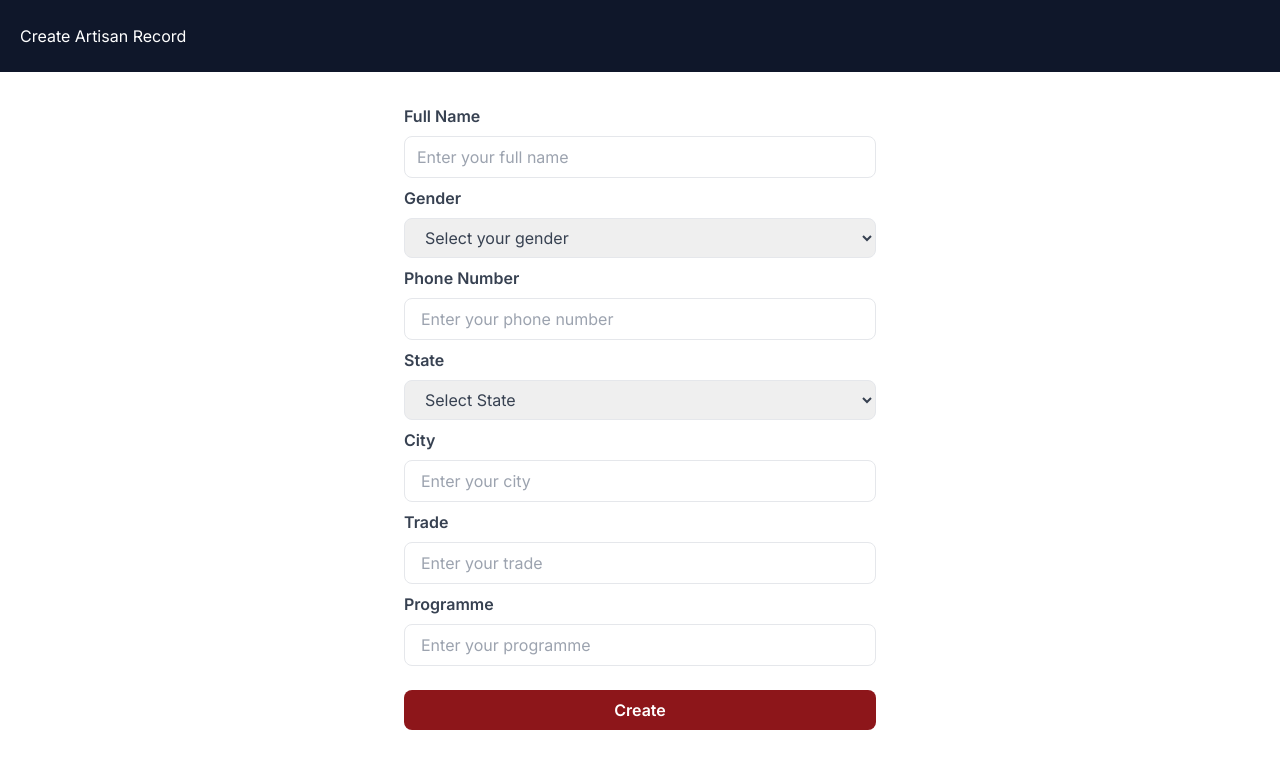
Repository: marcusdashe/artisanindex_frontend
Page: /components/CreateArtisan
These files come from the project's save history. The page is drawn as it stood at one moment and after the next save; the edit follows.
The browser window is 1280 px wide. The pictures show the whole page.
The project was rebuilt for these pictures with package versions that can differ from the ones it lists, and the page was loaded fresh each time. The framework's server and built-in components were replaced by stand-ins that run in the browser. Also part of the build but not shown: next.config.js.

Above is the page before, as saved 2023-03-10 23:09:49.

### pages/_app.js
import "@/styles/globals.css";
import "core-js/stable";
import "regenerator-runtime/runtime";

export default function App({ Component, pageProps }) {
  return <Component {...pageProps} />;
}

### pages/_document.js
import { Html, Head, Main, NextScript } from "next/document";

export default function Document() {
  return (
    <Html lang="en">
      <Head>
        <link rel="preconnect" href="https://fonts.googleapis.com" />
        <link
          rel="preconnect"
          href="https://fonts.gstatic.com"
          crossOrigin="true"
        />
        <link
          href="https://fonts.googleapis.com/css2?family=Inter:wght@100;200;300;400;500;600&display=swap"
          rel="stylesheet"
        />
      </Head>
      <body>
        <Main />
        <NextScript />
      </body>
    </Html>
  );
}

### pages/components/CreateArtisan.js
import React, { useState } from "react";
import axios from "axios";

function ViewArtisanDataScreen() {
  const [feedback, setFeedack] = useState("");
  const [formData, setFormData] = useState({
    city: "",
    fullName: "",
    gender: "",
    phoneNumber: "",
    state: "",
    trade: "",
    programme: "",
  });

  const handleInputChange = (event) => {
    const { name, value } = event.target;
    setFormData({ ...formData, [name]: value });
  };

  const handleSubmit = (event) => {
    event.preventDefault();
    axios
      .post(
        `${process.env.NEXT_PUBLIC_BACKEND_BASE_URL}api/artisan/create`,
        formData
      )
      .then((response) => {
        console.log(response.data);
        setFeedack(response.data.message);
      })
      .catch((error) => {
        console.log(error);
      });
  };

  return (
    <div className="w-full h-[100vh]">
      <div className="w-full h-[10vh] bg-slate-900 flex items-center content-center justify-start text-white p-5">
        Create Artisan Record
      </div>
      <div className="flex-1 bg-white flex items-center justify-center">
        <div className="max-w-lg w-full px-5 py-8">
          <form onSubmit={handleSubmit} className="grid grid-cols-1 gap-2">
            <label htmlFor="fullName" className="text-gray-700 font-bold">
              Full Name
            </label>
            <input
              type="text"
              id="fullName"
              name="fullName"
              value={formData.fullName}
              onChange={handleInputChange}
              placeholder="Enter your full name"
              className="px-3 py-2 border rounded-lg text-gray-700 focus:outline-none focus:border-[#4a3e3e] focus:shadow-outline-blue"
              required
            />

            <label htmlFor="gender" className="text-gray-700 font-bold">
              Gender
            </label>
            <select
              id="gender"
              name="gender"
              value={formData.gender}
              onChange={handleInputChange}
              className="px-4 py-2 border rounded-lg text-gray-700 focus:outline-none focus:border-[#4a3e3e] focus:shadow-outline-blue"
              required
            >
              <option value="">Select your gender</option>
              <option value="Male">Male</option>
              <option value="Female">Female</option>
            </select>

            <label htmlFor="phoneNumber" className="text-gray-700 font-bold">
              Phone Number
            </label>
            <input
              type="tel"
              id="phoneNumber"
              name="phoneNumber"
              value={formData.phoneNumber}
              onChange={handleInputChange}
              placeholder="Enter your phone number"
              className="px-4 py-2 border rounded-lg text-gray-700 focus:outline-none focus:border-[#4a3e3e] focus:shadow-outline-blue"
              required
            />

            <label htmlFor="gender" className="text-gray-700 font-bold">
              State
            </label>
            <select
              id="state"
              name="state"
              value={formData.state}
              onChange={handleInputChange}
              className="px-4 py-2 border rounded-lg text-gray-700 focus:outline-none focus:border-[#4a3e3e] focus:shadow-outline-blue"
              required
            >
              <option value="">Select State</option>
              <option value="Abia">Abia</option>
              <option value="Adamawa">Adamawa</option>
              <option value="Akwa Ibom">Akwa Ibom</option>
              <option value="Anambra">Anambra</option>
              <option value="Bauchi">Bauchi</option>
              <option value="Bayelsa">Bayelsa</option>
              <option value="Benue">Benue</option>
              <option value="Borno">Borno</option>
              <option value="Cross River">Cross River</option>
              <option value="Delta">Delta</option>
              <option value="Ebonyi">Ebonyi</option>
              <option value="Edo">Edo</option>
              <option value="Ekiti">Ekiti</option>
              <option value="Enugu">Enugu</option>
              <option value="FCT">Federal Capital Territory</option>
              <option value="Gombe">Gombe</option>
              <option value="Imo">Imo</option>
              <option value="Jigawa">Jigawa</option>
              <option value="Kaduna">Kaduna</option>
              <option value="Kano">Kano</option>
              <option value="Katsina">Katsina</option>
              <option value="Kebbi">Kebbi</option>
              <option value="Kogi">Kogi</option>
              <option value="Kwara">Kwara</option>
              <option value="Lagos">Lagos</option>
              <option value="Nasarawa">Nasarawa</option>
              <option value="Niger">Niger</option>
              <option value="Ogun">Ogun</option>
              <option value="Ondo">Ondo</option>
              <option value="Osun">Osun</option>
              <option value="Oyo">Oyo</option>
              <option value="Plateau">Plateau</option>
              <option value="Rivers">Rivers</option>
              <option value="Sokoto">Sokoto</option>
              <option value="Taraba">Taraba</option>
              <option value="Yobe">Yobe</option>
              <option value="Zamfara">Zamfara</option>
            </select>

            <label htmlFor="city" className="text-gray-700 font-bold">
              City
            </label>
            <input
              type="text"
              id="city"
              name="city"
              value={formData.city}
              onChange={handleInputChange}
              placeholder="Enter your city"
              className="px-4 py-2 border rounded-lg text-gray-700 focus:outline-none focus:border-[#4a3e3e] focus:shadow-outline-blue"
              required
            />

            <label htmlFor="trade" className="text-gray-700 font-bold">
              Trade
            </label>
            <input
              type="text"
              id="trade"
              name="trade"
              value={formData.trade}
              onChange={handleInputChange}
              placeholder="Enter your trade"
              className="px-4 py-2 border rounded-lg text-gray-700 focus:outline-none focus:border-[#4a3e3e] focus:shadow-outline-blue"
              required
            />
            <label htmlFor="programme" className="text-gray-700 font-bold">
              Programme
            </label>
            <input
              type="text"
              id="programme"
              name="programme"
              value={formData.programme}
              onChange={handleInputChange}
              placeholder="Enter your programme"
              className="px-4 py-2 border rounded-lg text-gray-700 focus:outline-none focus:border-[#4a3e3e] focus:shadow-outline-blue"
              required
            />

            <button
              type="submit"
              className="h-[40px] mt-4 bg-[#8D161A] text-white font-semibold rounded-lg hover:bg-[#4a3e3e] duration-500"
            >
              Create
            </button>
          </form>
        </div>
      </div>
      <p>{feedback}</p>
    </div>
  );
}

export default ViewArtisanDataScreen;

### styles/globals.css
@tailwind base;
@tailwind components;
@tailwind utilities;

@layer base {
  html {
    font-family: "Inter", sans-serif;
  }
}

### tailwind.config.js
/** @type {import('tailwindcss').Config} */

module.exports = {
  content: [
    "./pages/**/*.{js,ts,jsx,tsx}",
    "./components/**/*.{js,ts,jsx,tsx}",
  ],
  theme: {
    extend: {},
  },
  plugins: [],
};

After the next save:
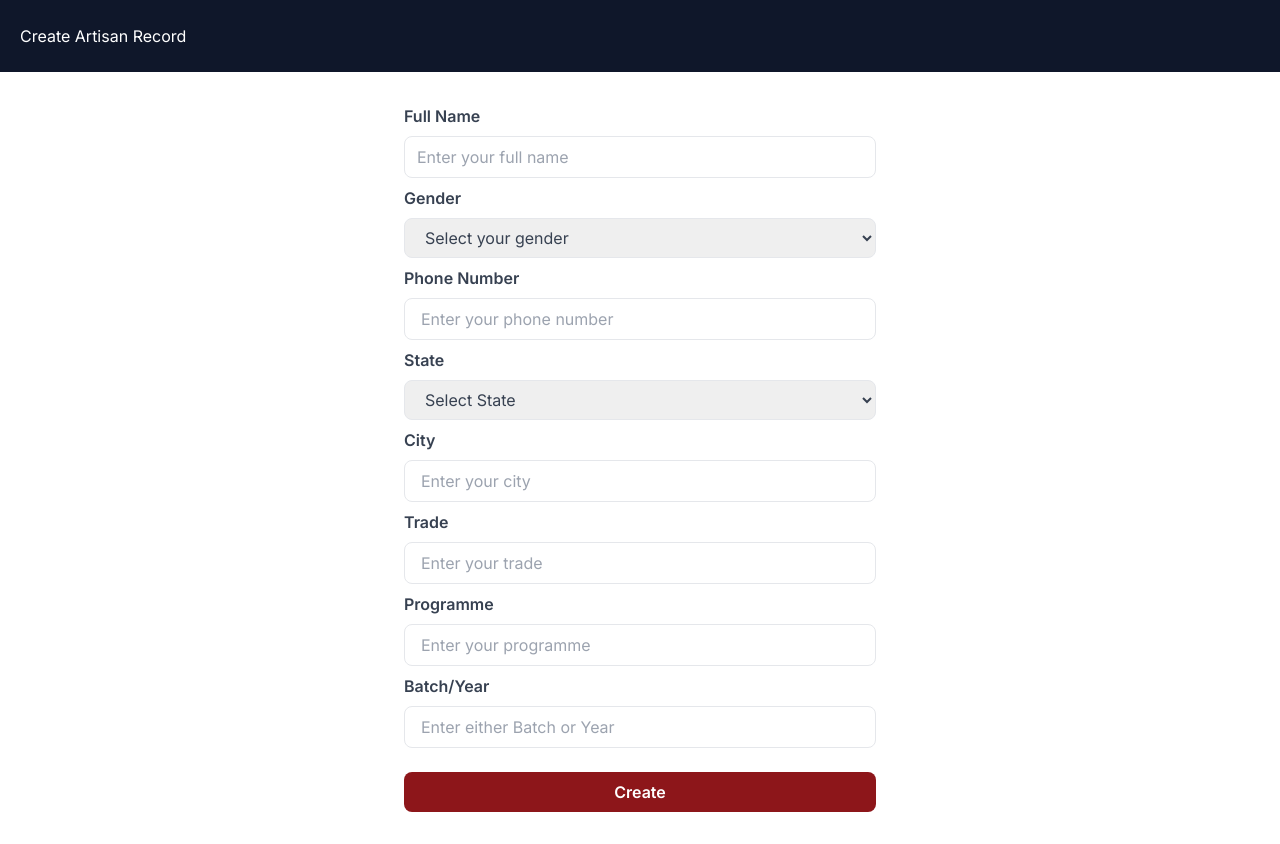
Saved 4 min 36 s later.
--- a/pages/components/CreateArtisan.js
+++ b/pages/components/CreateArtisan.js
@@ -11,6 +11,7 @@ function ViewArtisanDataScreen() {
     state: "",
     trade: "",
     programme: "",
+    programmeYear: "",
   });
 
   const handleInputChange = (event) => {
@@ -178,6 +179,20 @@ function ViewArtisanDataScreen() {
               required
             />
 
+            <label htmlFor="programme" className="text-gray-700 font-bold">
+              Batch/Year
+            </label>
+            <input
+              type="text"
+              id="programme"
+              name="programme"
+              value={formData.programme}
+              onChange={handleInputChange}
+              placeholder="Enter either Batch or Year"
+              className="px-4 py-2 border rounded-lg text-gray-700 focus:outline-none focus:border-[#4a3e3e] focus:shadow-outline-blue"
+              required
+            />
+
             <button
               type="submit"
               className="h-[40px] mt-4 bg-[#8D161A] text-white font-semibold rounded-lg hover:bg-[#4a3e3e] duration-500"
